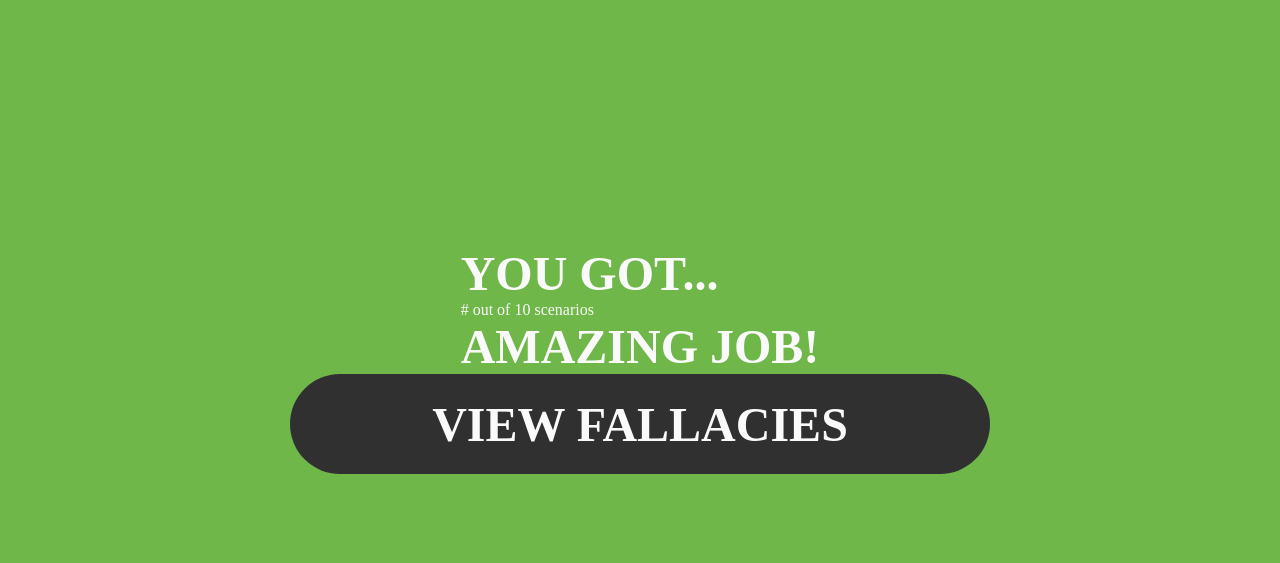
Repository: cindyvunguyen/fallacy
Page: index.html
These files come from the project's save history. The page is drawn as it stood at one moment and after the next save; the edit follows.
The browser window is 1280 px wide. The pictures show the whole page.
Some web fonts or font styles are not loaded; a fallback is used.

Above is the page before, as saved 2020-03-12 17:07:32.

After the next save:
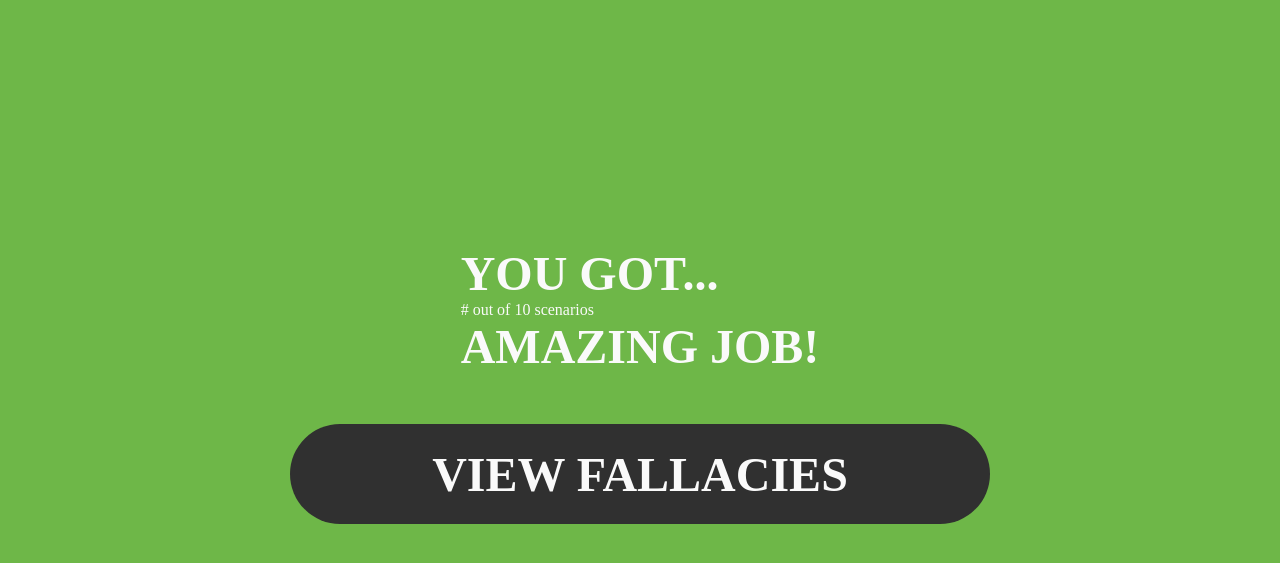
Saved 25 s later.
--- a/style.css
+++ b/style.css
@@ -186,6 +186,10 @@ body {
     background-color: #6eb748; /* incorrect, change to #860000*/
 }
 
+#rp-text {
+    padding: 50px;
+}
+
 #rp-message {
     font-size: 36pt;
     font-weight: bold;
